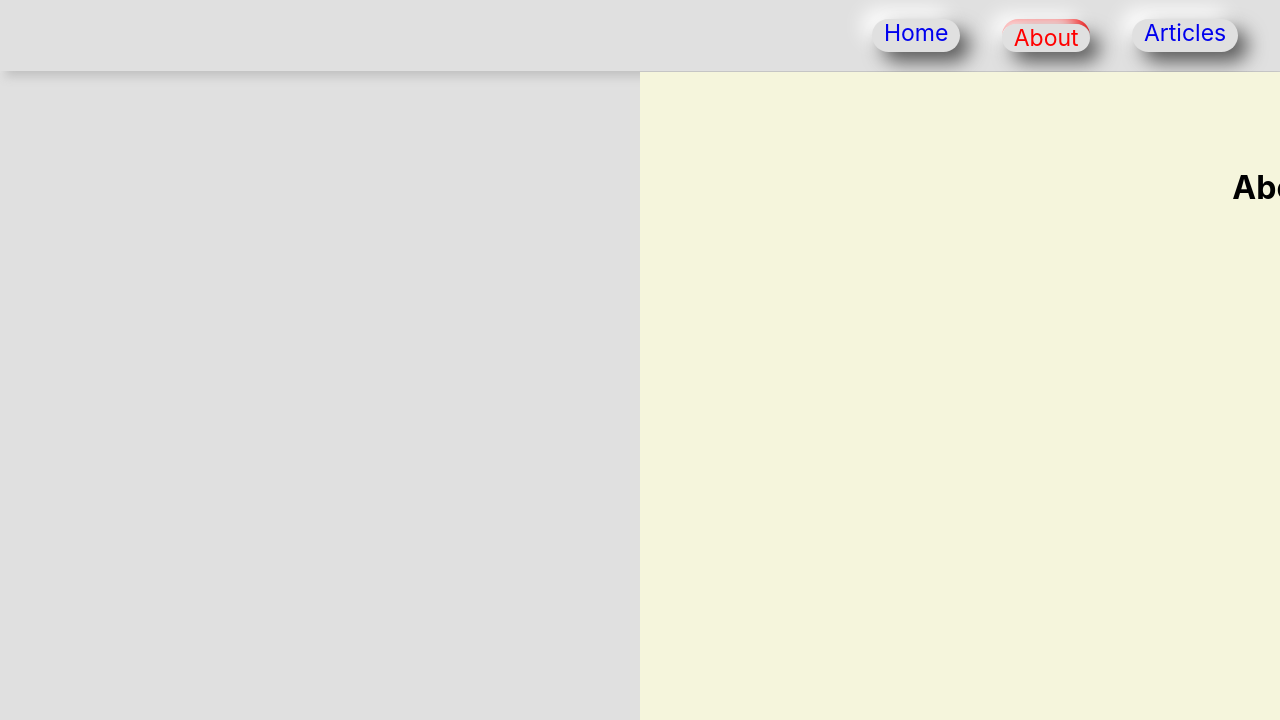
Repository: ShindanoSingi/react-software-architecture-course
Page: /about
An editor plug-in stored every save of this project. The page is shown before and after the next save, followed by the edit.
The browser window is 1280 px wide. The pictures show the whole page.
The project was rebuilt for these pictures with package versions that can differ from the ones it lists, and the page was loaded fresh each time. Also part of the build but not shown: src/pages/Home.js, src/pages/Articles.js.

Above is the page before, as saved 2022-12-25 21:03:19.

After the next save:
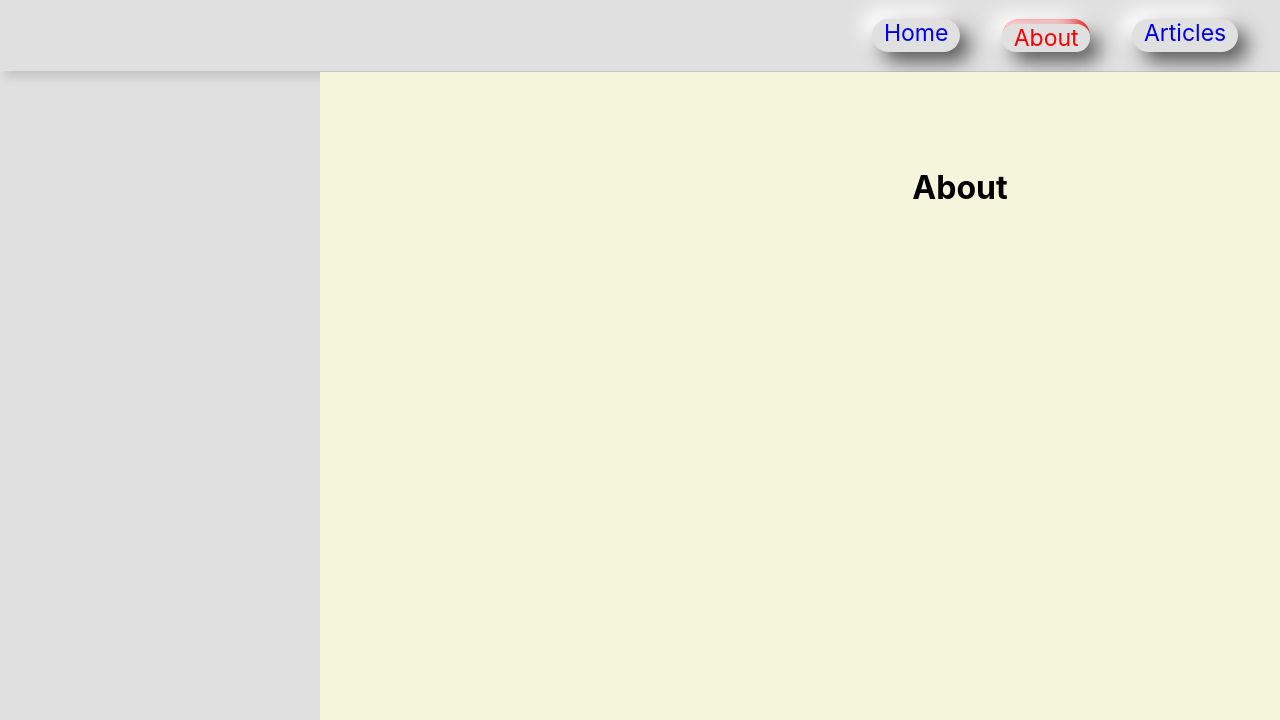
Saved 7 s later.
--- a/src/App.css
+++ b/src/App.css
@@ -43,7 +43,7 @@ a {
 .container {
     position: fixed;
     top: 4.5em;
-    left: 50%;
+    left: 25%;
     margin-right: 25%;
     width: 80em;
     background-color: beige;
